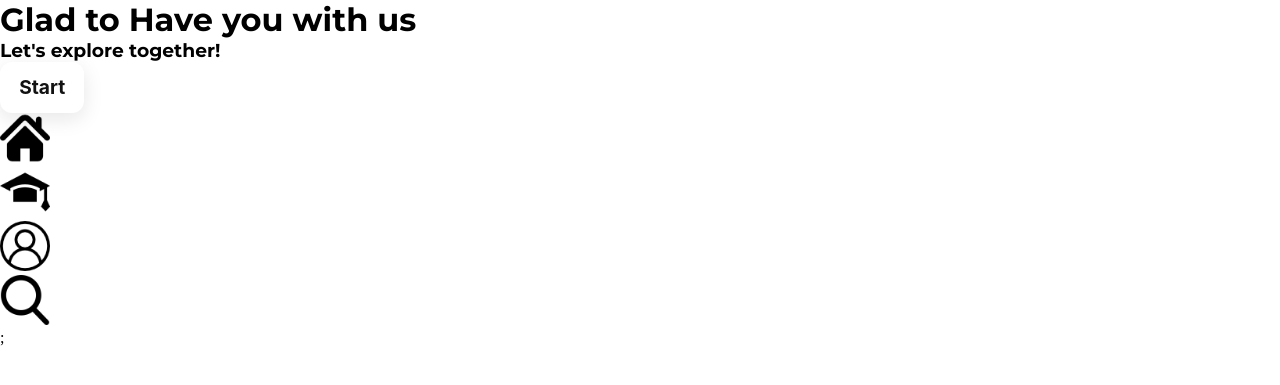
Repository: 1medi/pocketprof
Page: /
These files come from the project's save history. The page is drawn as it stood at one moment and after the next save; the edit follows.
The browser window is 1280 px wide. The pictures show the whole page.
The project was rebuilt for these pictures with package versions that can differ from the ones it lists, and the page was loaded fresh each time. The framework's server and built-in components were replaced by stand-ins that run in the browser. Also part of the build but not shown: next.config.mjs, Components/Buttons/Oscar/Oscar.module.css, Components/Buttons/Oscar/index.js.

Above is the page before, as saved 2024-04-21 20:58:10.

After the next save:
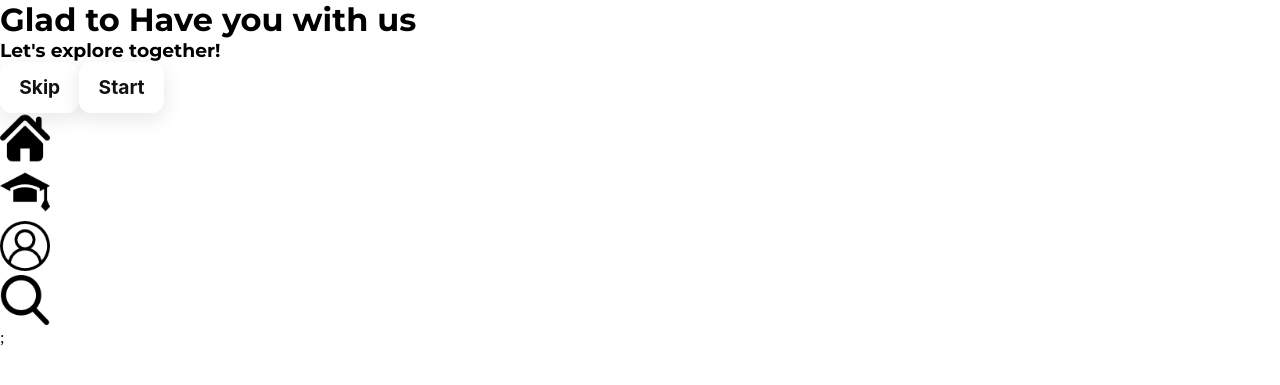
Saved 20 s later.
--- a/pages/index.js
+++ b/pages/index.js
@@ -25,6 +25,7 @@ export default function Landing() {
             <h3>Let's explore together!</h3>
           </div>
           <Link href='/quiz/page' className={styles.buttonContainer}>
+            <Button3 name={"Skip"} />
             <Button3 name={"Start"} />
           </Link>
         </div>
